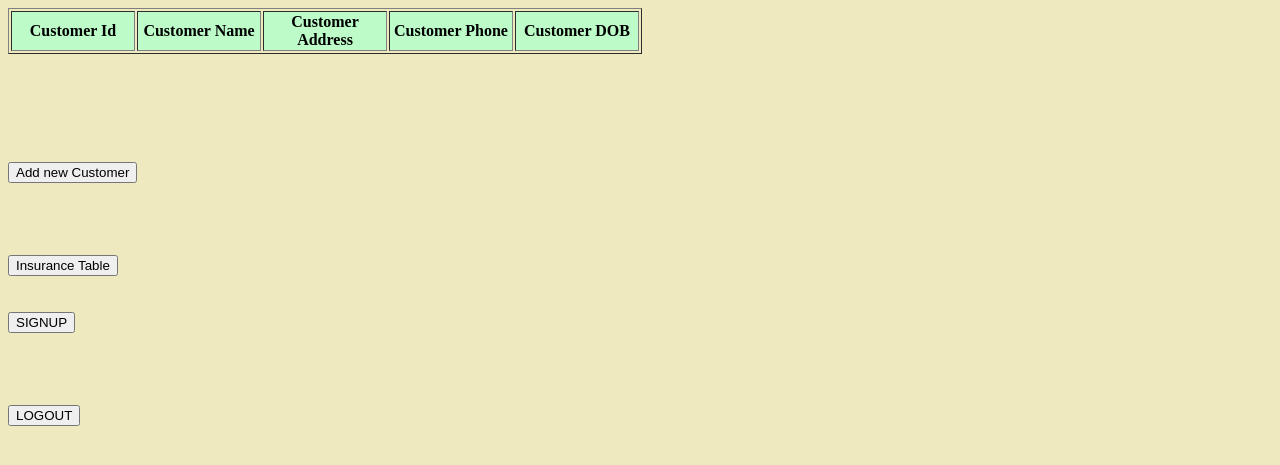
Repository: ankitasha/HomeProject
Page: http://localhost/insurance/WEB-INF/views/allcustomers.jsp
An editor plug-in stored every save of this project. The page is shown before and after the next save, followed by the edit.
The browser window is 1280 px wide. The pictures show the whole page.
The page is served by Tomcat 9. Nobody is signed in. The template is opened directly, without the code that normally fills it, so the values that code supplies are empty.

Above is the page before, as saved 2017-05-03 07:26:12.

After the next save:
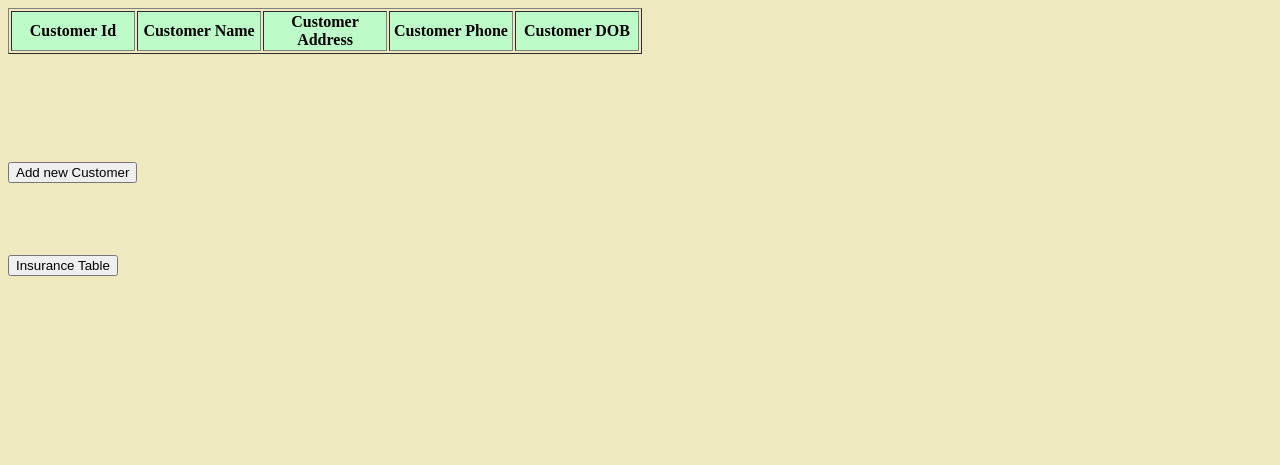
Saved 20 s later.
--- a/insurance/src/main/webapp/WEB-INF/views/allcustomers.jsp
+++ b/insurance/src/main/webapp/WEB-INF/views/allcustomers.jsp
@@ -78,14 +78,5 @@
   	<form method="get" action="allinsurance">
     	<button id="allinsurance" type="submit">Insurance Table</button>
     </form>
-    <br>
-    <br>
-     <form method="get" action="signup">
-    	<button id="signup" type="submit">SIGNUP</button>
-    </form>
-    <br><br><br><br>
-    <form method="get" action="logout">
-    	<button id="logout" type="submit">LOGOUT</button>
-    </form>
 </body>
 </html>
